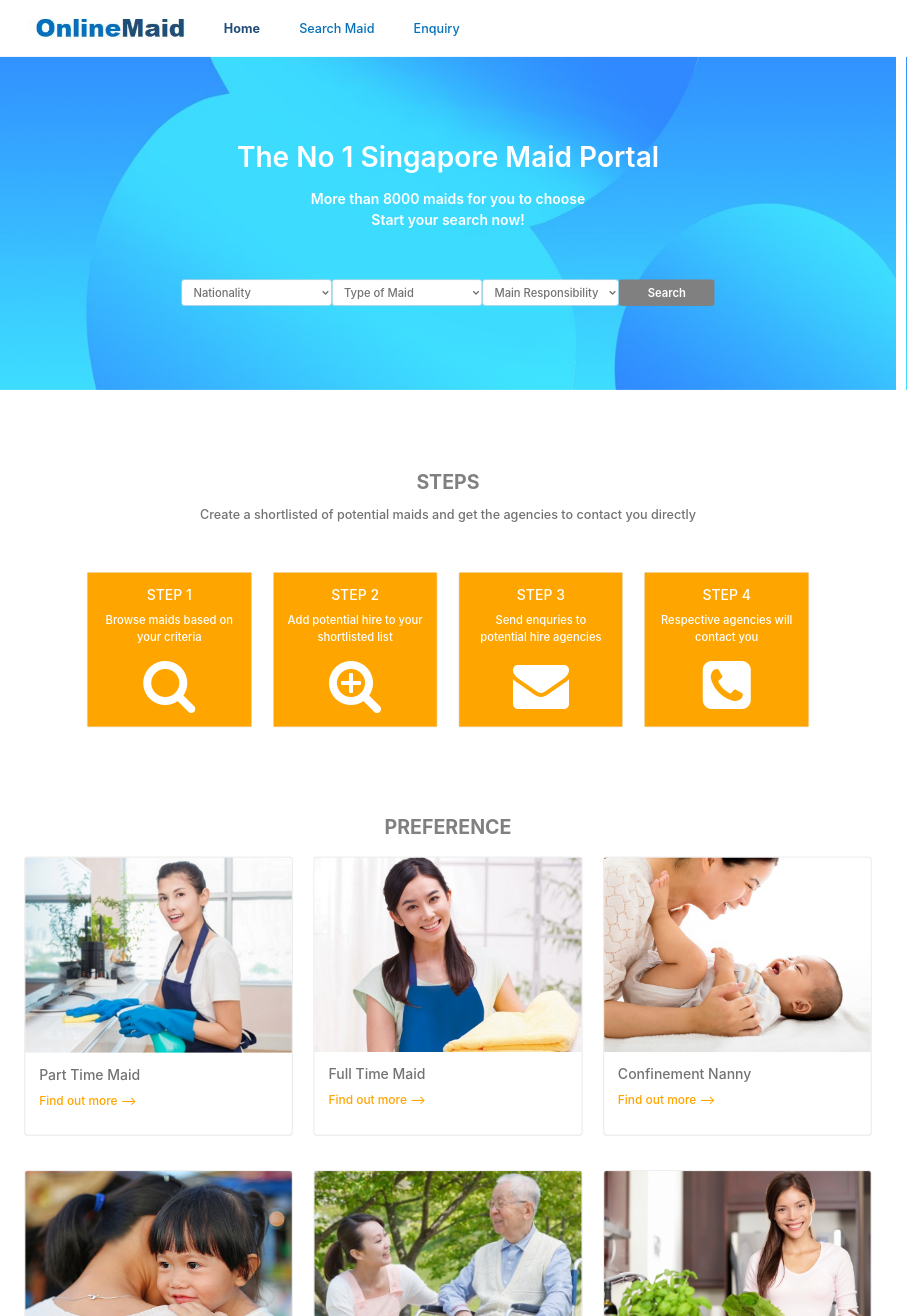
Repository: Code-Institute-Submissions/Project-1---Online-Maid
Page: index.html
The author's editor kept a record of every edit. The page is drawn from the files as they stood at one moment, then again after the next edit.
The browser window is 1280 px wide. The page is 1295 px wide, so the pictures cover 1295 px, including what lies to the right of the window. The pictures show the part of the page from y = 0 to 1880 px (the page is 3308 px tall), at 70% of full size.
Some web libraries are served in a nearby version.

Above is the page before.

After the next edit:
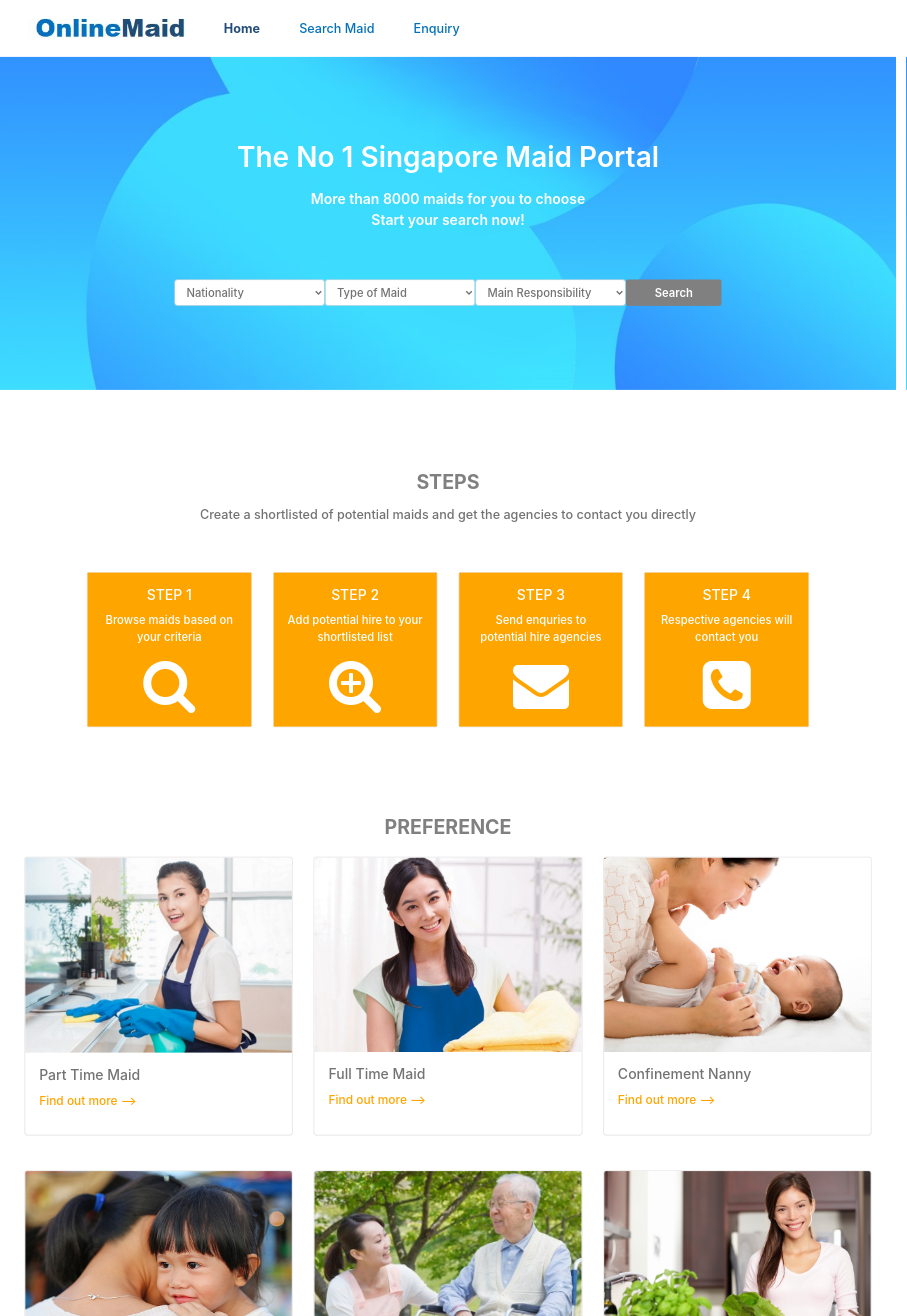
The edit:
--- a/index.html
+++ b/index.html
@@ -67,7 +67,7 @@
         <option>No Preference</option>
         </select>
       </div>
-      <div class="main-responsibility col--2 px-0">
+      <div class="main-responsibility col-sm-2 px-0">
         <select id="inputState" class="form-control">
         <option selected>Main Responsibility</option>
         <option>Cooking </option>
